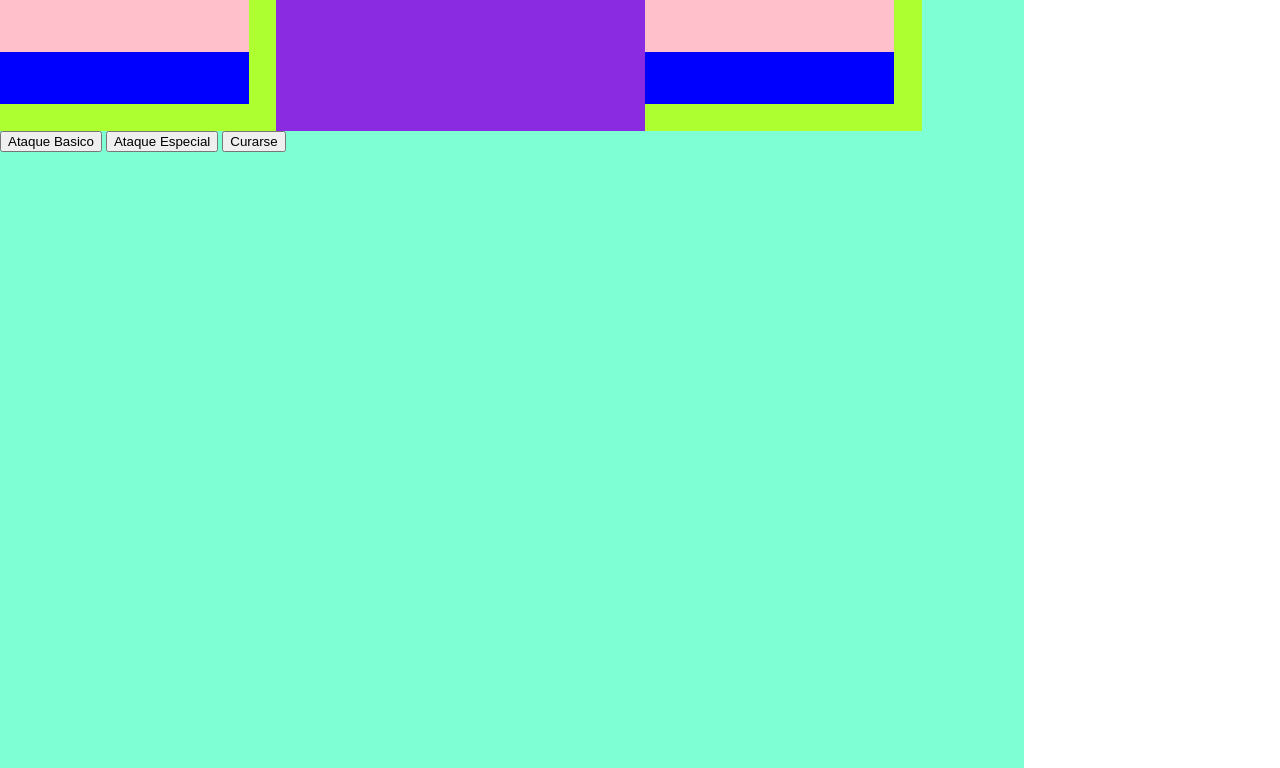
Repository: NovaDuel/novaduel-game
Page: index.html
The author's editor kept a copy of each file at every save. The page is drawn from the files as they stood at one save, then again after the next save.
The browser window is 1280 px wide. The pictures show the whole page.

Above is the page before, as saved 2024-03-25 09:48:43.

After the next save:
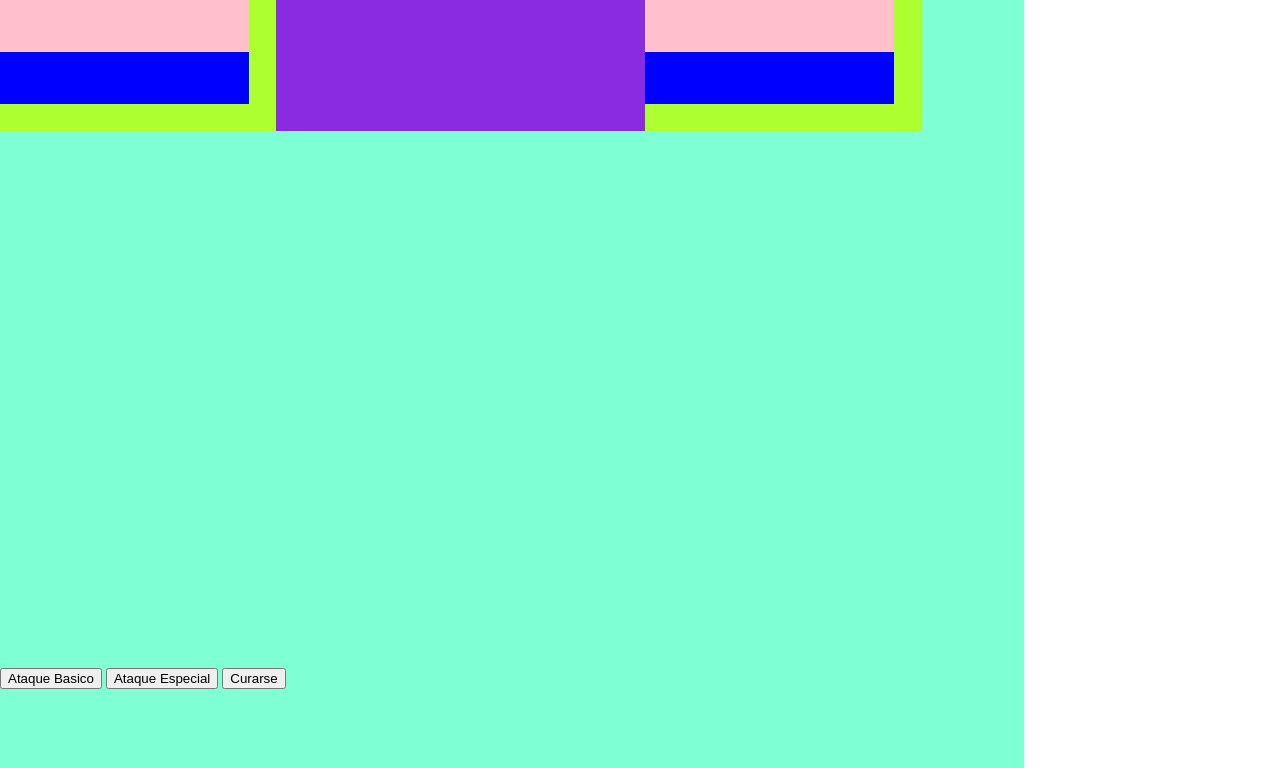
Saved 49 s later.
--- a/style.css
+++ b/style.css
@@ -34,3 +34,8 @@ body {
     height: 40%;
     background-color: blue
 }
+
+#characters {
+    width: 100%;
+    height: 70%;
+}
